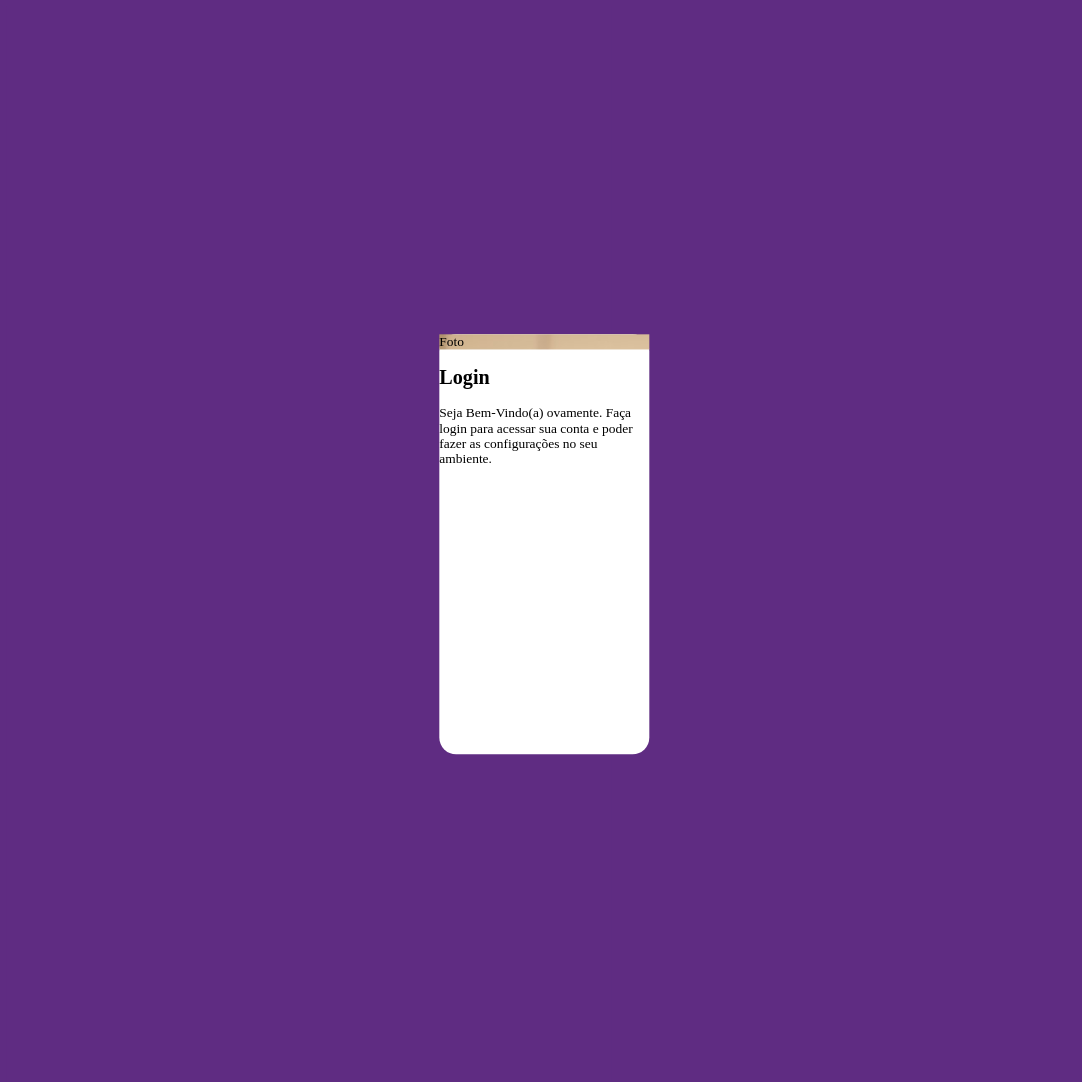
Repository: Guillermomarcon/Projeto-Login
Page: index.html
An editor plug-in stored every save of this project. The page is shown before and after the next save, followed by the edit.
The browser window is 1280 px wide. The page is 1288 px wide, so the pictures cover 1288 px, including what lies to the right of the window. The pictures show the whole page, at 84% of full size.

Above is the page before, as saved 2022-09-03 14:12:53.

After the next save:
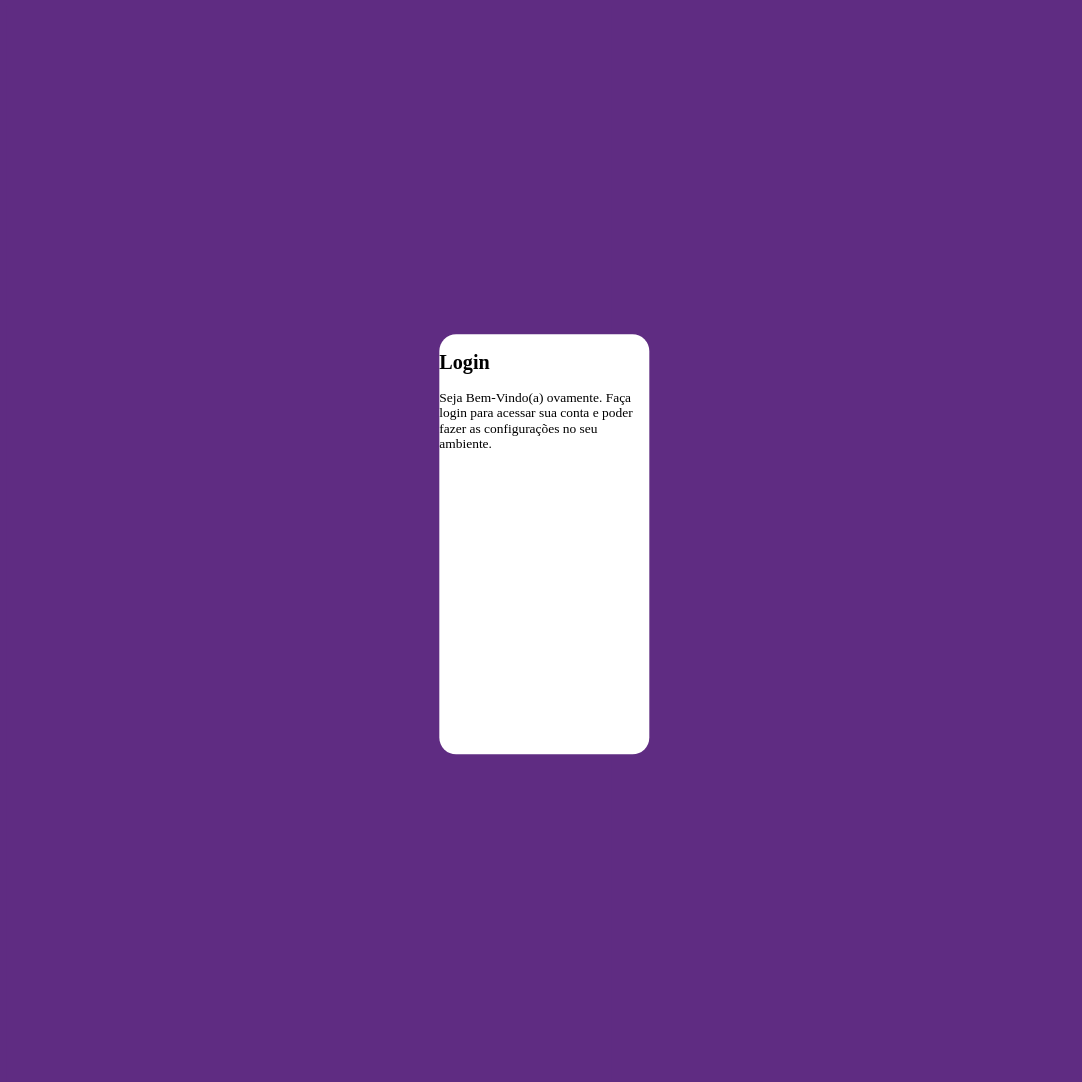
Saved 21 s later.
--- a/index.html
+++ b/index.html
@@ -11,7 +11,7 @@
     <main>
         <section id="login">
             <div id="imagem">
-                Foto
+
             </div>
 
             <div id="formulario">
